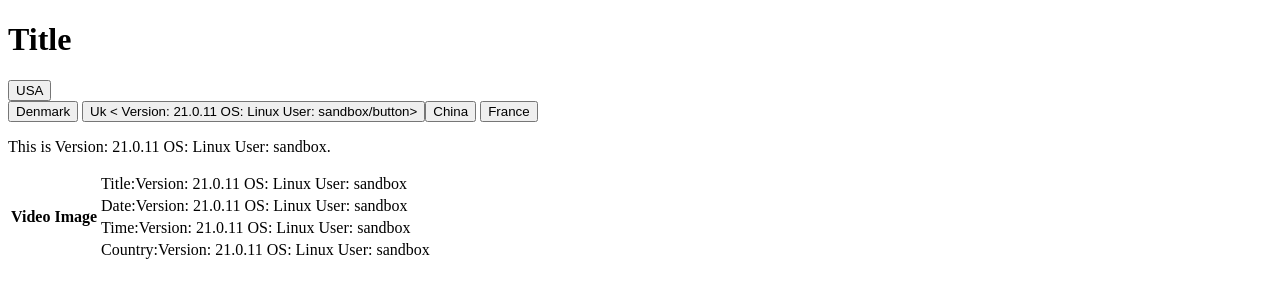
Repository: isauraAlmar/App-Engine-and-Internationalization-with-Java
Page: http://localhost/Marven/
These files come from the project's save history. The page is drawn as it stood at one moment and after the next save; the edit follows.
The browser window is 1280 px wide. The pictures show the whole page.
Some web fonts or font styles are not loaded; a fallback is used. The page is served by Tomcat 9. Other server files are loaded and not shown.

Above is the page before, as saved 2017-05-05 08:51:50.

### Marven/src/main/webapp/index.jsp
<!DOCTYPE html>
<%@ page contentType="text/html;charset=UTF-8" language="java" %>
<%@ page import="com.exemple.HelloInfo" %>
<%@ page import="com.language.LanguageInfo" %>
<!-- [START_EXCLUDE] -->
<%--
  ~ Copyright (c) 2016 Google Inc. All Rights Reserved.
  ~
  ~ Licensed under the Apache License, Version 2.0 (the "License"); you
  ~ may not use this file except in compliance with the License. You may
  ~ obtain a copy of the License at
  ~
  ~     http://www.apache.org/licenses/LICENSE-2.0
  ~
  ~ Unless required by applicable law or agreed to in writing, software
  ~ distributed under the License is distributed on an "AS IS" BASIS,
  ~ WITHOUT WARRANTIES OR CONDITIONS OF ANY KIND, either express or
  ~ implied. See the License for the specific language governing
  ~ permissions and limitations under the License.
  --%>
<!-- [END_EXCLUDE] -->
<html>
<head>
  <link href='//fonts.googleapis.com/css?family=Marmelad' rel='stylesheet' type='text/css'>
  <title>Hello App Engine Standard</title>
</head>
<body>

    <h1> Title </h1>

    <form acction =LanguageInfo.Select_Language >
    	<button type="submit" value="en_US">USA</button>
    </form>

    <button type="submit" value="dk_DK">Denmark</button>
	<button type="submit" value="uk_UK">Uk < <%= HelloInfo.getInfo() %>/button>
	<button type="submit" value="us_US">China</button>
	<button type="submit" value="fr_FR">France</button>

 <p>This is <%= HelloInfo.getInfo() %>.</p>

 <table>
  <tr>
    <th rowspan="4">Video Image</th>
    <td>Title:<%= HelloInfo.getInfo() %></td>
  </tr>
  <tr>
    <td>Date:<%= HelloInfo.getInfo() %></td>
  </tr>
  <tr>
    <td>Time:<%= HelloInfo.getInfo() %></td>
  </tr>
  <tr>
    <td>Country:<%= HelloInfo.getInfo() %></td>
  </tr>

</table>

 <!--    <tr>
      <td colspan="2" style="font-weight:bold;">Available Servlets:</td>
    </tr>
    <tr>
      <td><a href='/hello'>Qui Soc?</a></td>
    </tr>

  </table>

  <button >Hello</button>-->


</body>
</html>

### Marven/src/main/java/com/exemple/HelloInfo.java
/*
 * Copyright (c) 2016 Google Inc. All Rights Reserved.
 *
 * Licensed under the Apache License, Version 2.0 (the "License"); you
 * may not use this file except in compliance with the License. You may
 * obtain a copy of the License at
 *
 *     http://www.apache.org/licenses/LICENSE-2.0
 *
 * Unless required by applicable law or agreed to in writing, software
 * distributed under the License is distributed on an "AS IS" BASIS,
 * WITHOUT WARRANTIES OR CONDITIONS OF ANY KIND, either express or
 * implied. See the License for the specific language governing
 * permissions and limitations under the License.
 */

package com.exemple;

// [START example]
/**
 * Generate some simple information.
 */
public class HelloInfo {

  public static String getInfo() {
    return "Version: " + System.getProperty("java.version")
          + " OS: " + System.getProperty("os.name")
          + " User: " + System.getProperty("user.name");
  }

  public static String Country (){
	  String stn = new String();
	  stn = "USA";
	  return stn;
  }
}
// [END example]

After the next save:
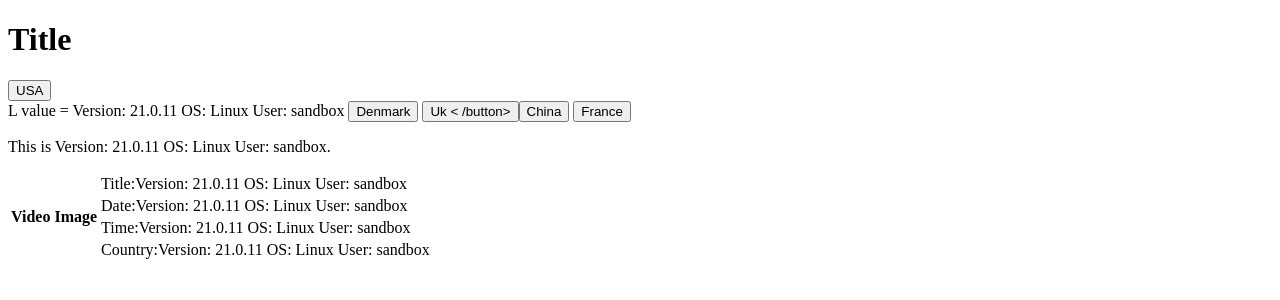
Saved 101 s later.
--- a/Marven/src/main/webapp/index.jsp
+++ b/Marven/src/main/webapp/index.jsp
@@ -32,8 +32,10 @@
     	<button type="submit" value="en_US">USA</button>
     </form>
 
+    L value = <%= HelloInfo.getInfo() %>
+
     <button type="submit" value="dk_DK">Denmark</button>
-	<button type="submit" value="uk_UK">Uk < <%= HelloInfo.getInfo() %>/button>
+	<button type="submit" value="uk_UK">Uk < /button>
 	<button type="submit" value="us_US">China</button>
 	<button type="submit" value="fr_FR">France</button>
 
